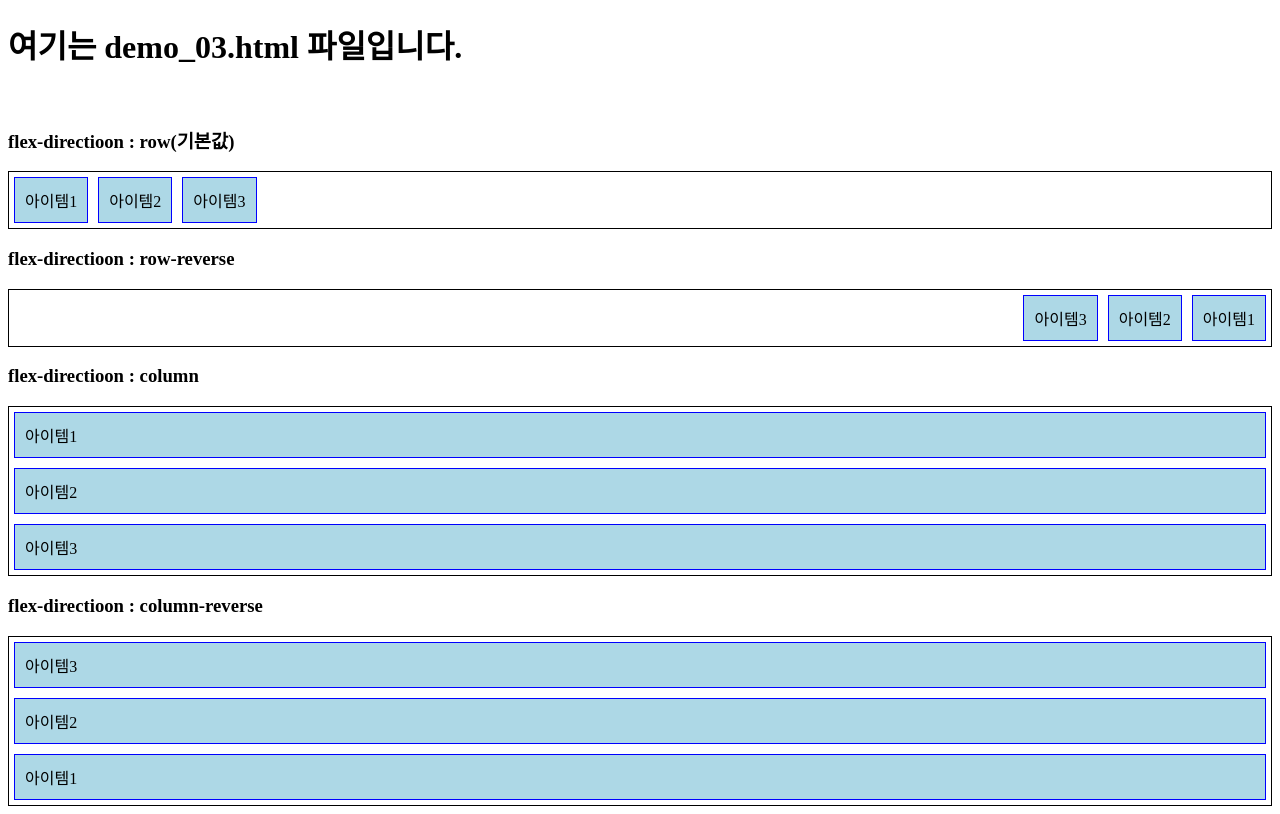
Repository: kimmingyeong225/totalJSP
Page: class_flexbox_011/src/main/webapp/demo_04.html
These files come from the project's save history. The page is drawn as it stood at one moment and after the next save; the edit follows.
The browser window is 1280 px wide. The pictures show the whole page.

Above is the page before, as saved 2024-07-01 01:07:14.

After the next save:
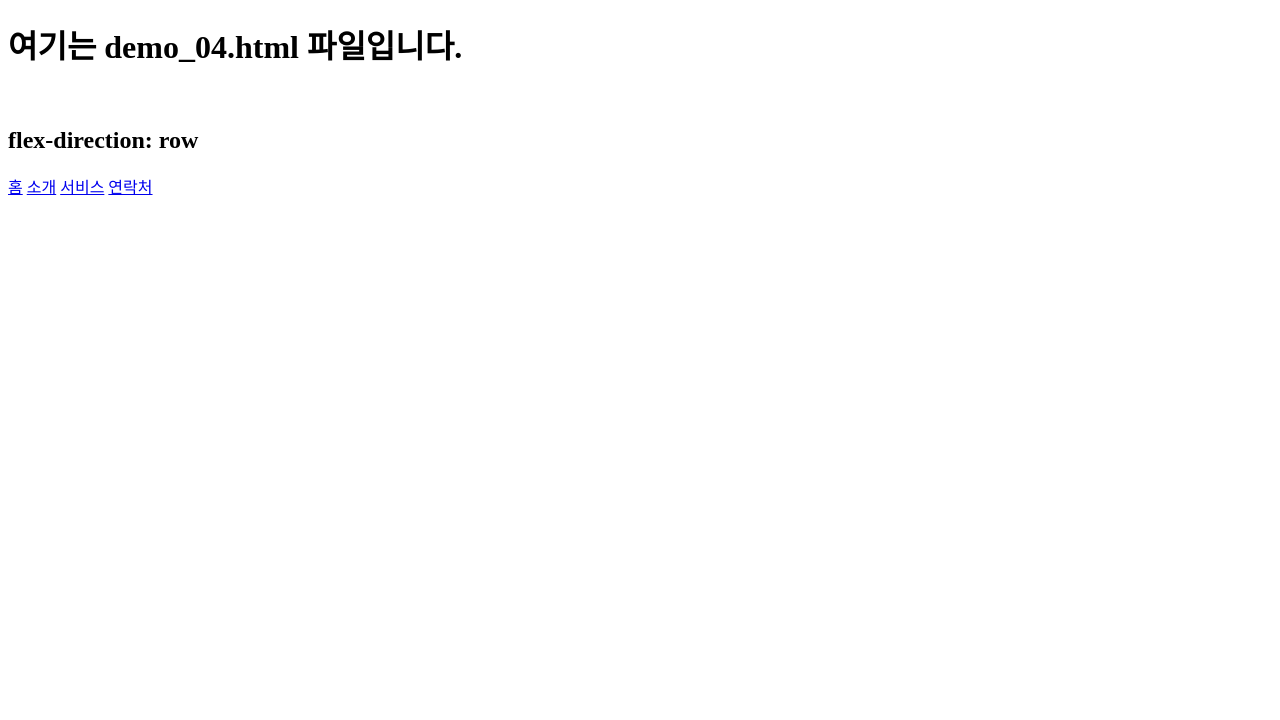
Saved 6 min 15 s later.
--- a/class_flexbox_011/src/main/webapp/demo_04.html
+++ b/class_flexbox_011/src/main/webapp/demo_04.html
@@ -2,57 +2,26 @@
 <html>
 <head>
 <meta charset="UTF-8">
-<title>인라인블록 요소 예시</title>
+<title></title>
+
 <style type="text/css">
-
-	.container {
-		display: flex;
-		border: 1px solid black;
-		flex-direction: row;
-	}
-
-	.item {
-		background-color:  lightblue;
-		padding: 10px;
-		margin: 5px;
-		border: 1px solid blue;
-
-	}
 
 </style>
 </head>
 <body>
- 	<!--  http://localhost:8080/demo1/demo_03.html  -->
-    <h1>여기는 demo_03.html 파일입니다.</h1>
+ 	<!--  http://localhost:8080/demo1/demo_04.html  -->
+    <h1>여기는 demo_04.html 파일입니다.</h1>
     <br>
 
-    <h3>flex-directioon : row(기본값)</h3>
-    <div class="container">
-    	<div class="item">아이템1</div>
-    	<div class="item">아이템2</div>
-    	<div class="item">아이템3</div>
-    </div>
+    <h2>flex-direction: row</h2>
+   	<div class="navbar">
+   		<a href="#home">홈</a>
+   		<a href="#about">소개</a>
+   		<a href="#services">서비스</a>
+   		<a href="#contact">연락처</a>
+   	</div>
 
-     <h3>flex-directioon : row-reverse</h3>
-    <div class="container" style="flex-direction: row-reverse;">
-    	<div class="item">아이템1</div>
-    	<div class="item">아이템2</div>
-    	<div class="item">아이템3</div>
-    </div>
 
-     <h3>flex-directioon : column</h3>
-    <div class="container" style="flex-direction:column;">
-    	<div class="item">아이템1</div>
-    	<div class="item">아이템2</div>
-    	<div class="item">아이템3</div>
-    </div>
-
-     <h3>flex-directioon : column-reverse</h3>
-    <div class="container" style="flex-direction:column-reverse;">
-    	<div class="item">아이템1</div>
-    	<div class="item">아이템2</div>
-    	<div class="item">아이템3</div>
-    </div>
 
 
 </body>
